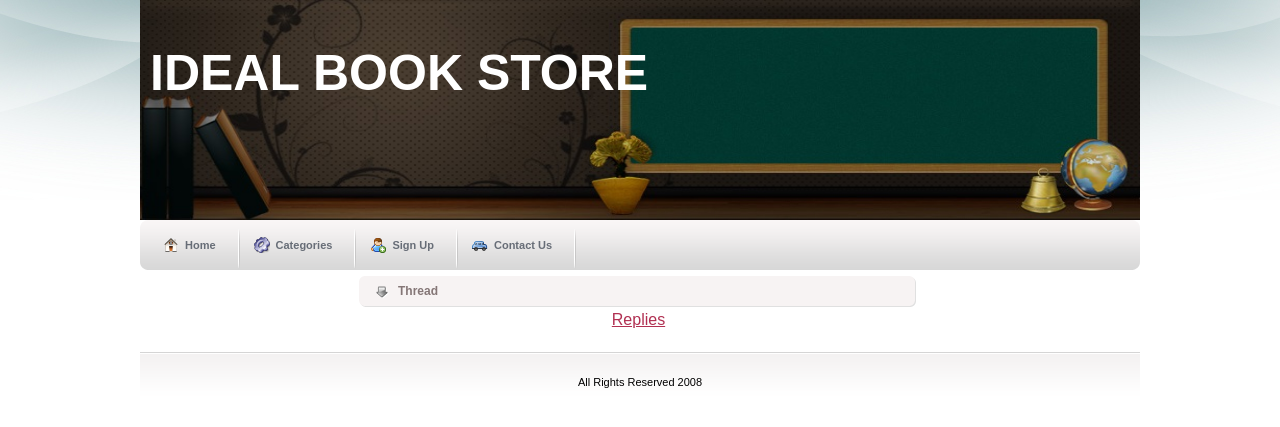
Repository: tusharjain887/Online-Book-Sales
Page: http://localhost/OnlineBook/view_thread.jsp
An editor plug-in stored every save of this project. The page is shown before and after the next save, followed by the edit.
The browser window is 1280 px wide. The pictures show the whole page.
The page is served by Tomcat 9. Queries for data that is not in the repository find no rows.

Above is the page before, as saved 2013-04-08 15:50:52.

### PROJECT/workspace/workspace/OnlineBook/WebContent/view_thread.jsp
<%@ page import="java.sql.*"%>
<%@ page import="java.io.*"%>
<%@ page import="java.util.*"%>
<%@ page import="java.lang.*"%>
<!DOCTYPE html PUBLIC "-//W3C//DTD XHTML 1.0 Transitional//EN" "http://www.w3.org/TR/xhtml1/DTD/xhtml1-transitional.dtd">
<html xmlns="http://www.w3.org/1999/xhtml">
<head>
<title>Ideal Book Store</title>
<meta http-equiv="Content-Type" content="text/html; charset=windows-1252" />
<link rel="stylesheet" type="text/css" href="style.css" />
<!--[if IE 6]>
<link rel="stylesheet" type="text/css" href="iecss.css" />
<![endif]-->
<script type="text/javascript" src="js/boxOver.js"></script>
</head>
<body>
<div id="main_container">
  <div class="top_bar">
  <div id="header">
  <div style="float:right;font-size:14px;">
 <%  Object c=session.getAttribute("username");
if(c!=null)
	{
	out.print("Welcome  " +session.getAttribute("username").toString());
	out.print(" ,  <a href='myprofile.jsp'>Profile</a>");
	out.print(" ,  <a href='logout.jsp'>Logout</a>");
	}
	%>
	</div>
   <div  style="padding:10px;font-size:25px;color: #FFF;"><h1>IDEAL BOOK STORE</h1></div>
  </div>
  <div id="main_content">
    <div id="menu_tab">
      <div class="left_menu_corner"></div>
      <ul class="menu">
        <li><a href="index.jsp" class="nav1"> Home</a></li>
        <li class="divider"></li>
        <li><a href="categories.jsp" class="nav2">Categories</a></li>
        <li class="divider"></li>
        <%
        if(c==null)
        {
        %><li><a href="registration.html" class="nav4">Sign Up</a></li>
        <li class="divider"></li>
        <%
        }%>
        <li><a href="contact.jsp" class="nav5">Contact Us</a></li>
        <li class="divider"></li>
      </ul>
      <div class="right_menu_corner"></div>
    </div>
    <!-- end of menu tab -->
    <div class="left_content">
     <br><br><br>

    </div>
    <!-- end of left content -->
    <div class="center_content">
      <div class="center_title_bar">Thread</div>
      <div style="font-size:16px;color:#B13052;"><center>
     <%
     String thread_id=request.getParameter("thread_id");
     try{
    	 Class.forName("com.ibm.db2.jcc.DB2Driver").newInstance();
      Connection Conn1=DriverManager.getConnection("jdbc:db2://localhost:50000/BOOKS","Rakesh","Rakesh");
	PreparedStatement ps1=Conn1.prepareStatement("SELECT * FROM THREAD WHERE THREAD_ID='"+thread_id+"'");
	ResultSet rs1=ps1.executeQuery();
	while(rs1.next())
    {
		%>
    <strong><%out.println(rs1.getString(3));%></strong><br>
    Posted by <%out.println(rs1.getString(2));%><br><br>
<%
    }
	out.println("<br><br><u>Replies</u><br><br>");
	PreparedStatement ps2=Conn1.prepareStatement("SELECT * FROM REPLY WHERE THREAD_ID='"+thread_id+"'");
	ResultSet rs2=ps2.executeQuery();
	while(rs2.next())
    {
		%>

    <strong><%out.println(rs2.getString(4));%></strong><br>
    Posted by <%out.println(rs2.getString(2));%><br><br>
<%
    }
	ps1.close();
	ps2.close();
	Conn1.close();
	}
	catch(Exception ex){
	    out.println(ex);
	}

      %>
      <%
        if(c!=null)
        {
        %>
        <table width="600" border="0" align="center" cellpadding="0" cellspacing="1" bgcolor="#CCCCCC">
<tr>
<form name="form1" method="post" action="add_reply.jsp?thread_id=<%=thread_id%>" onsubmit="return validateForm()">
<td>
<table width="100%" border="0" cellpadding="3" cellspacing="1" bgcolor="#FFFFFF">
<tr>
<td valign="top"><strong>Reply</strong></td>
<td valign="top">:</td>
<td><textarea name="reply" cols="45" rows="3" id="reply"></textarea></td>
</tr>

<tr>
<td></td>
<td></td>
<td><input type="submit" name="Submit" value="Submit"> <input type="reset" name="Submit2" value="Reset"></td>
</tr>
</table>
</td>
</form>
</tr>
</table>
        <%
        }%>
        </center></div>
    </div>
    <!-- end of center content -->
    <div class="right_content">
     <br><br><br>

    </div>
    <!-- end of right content -->
  </div>
  <!-- end of main content -->
  <div class="footer">
    <br><br>
    <center> All Rights Reserved 2008</center>
      </div>

<!-- end of main_container -->
</body>
</html>

### PROJECT/workspace/workspace/OnlineBook/WebContent/style.css
body
{
background:url(images/bg.jpg) no-repeat #fff center top;
padding:0;
font-family:Arial, Helvetica, sans-serif;
font-size:11px;
margin:0px auto auto auto;
color:#000;
}
p{
padding:2px;
margin:0px;
}
#main_container{
width:1000px;
height:auto;
margin:auto;
padding:0px;
}
.top_bar{
width:1000px;
height:38px;
background-color:#4a4a4a;
}
.top_search{
width:370px;
height:32px;
margin:0px 20px 0 0;
_margin:0px 10px 0 0;
float:right;
background:url(images/top_search_bg.gif) no-repeat center;
}
input.search_input{
width:182px;
height:18px;
float:left;
margin:5px 0 0 0 ;
border:1px solid #dbdbdb;
border-bottom-color:#ffffff;
border-right-color:#ffffff;
}
.search_text{
float:left;
width:110px;
padding:8px 0 0 15px;
color:#999999;
}
.search_text a{
text-decoration:none;
color:#999999;
}
.search_bt{
float:left;
padding:2px 0 0 15px;
}
.languages{
float:right;
width:150px;
padding:8px 0 0 0;
}
.lang_text{
float:left;
padding:0 5px 0 0;
color:#b3adad;
}
a.lang{
display:block;
float:left;
padding:0 5px 0 5px;
}
#header{
width:1000px;
height:220px;
background:url(images/header_background.jpg) no-repeat center;
background-position:0px 0px;
background-size:1000px 220px;
margin=0;
}
.leftcontent{
	padding:15px 0px 15px 5px;
	font-size:23px;
	color: #B13052;
}
.leftdowncontent{
	padding:5px 0px 15px 5px;
	font-size:18px;
	color: #B13052;
}
.logout{
	float:right;
	font-size:14px;
	color: #fff;
}
.logout a,.logout a:hover {
	color: aqua;
}

}
#logo{
padding:15px;
}
#templatemo_header {
	clear: both;
	width: 1000px;
	height: 200px;
	padding: 0;
	margin: 0;
	background: url(images/templatemo_header_bg.jpg) no-repeat;
}

#templatemo_header a,a:hover {
	color: #000;
}

#templatemo_header #templatemo_special_offers {
	float: left;
	font-size: 14px;
	margin-top: 95px;
	margin-left: 490px;
	width: 180px;
}

#templatemo_special_offers a {
	font-size: 12px;
}

#templatemo_special_offers  p {
	margin: 0 0 20px 0;
}
#templatemo_special_offers p span {
	font-size: 18px;
}

#templatemo_header #templatemo_new_books {
	float: left;
	margin-top: 90px;
	margin-left: 55px;
	width: 180px;
}

#templatemo_new_books ul {
	 margin: 0 0 10px 0;
	 padding: 0 0 0 20px;
}

#templatemo_new_books li {
	 margin: 0;
	 padding: 0;
}

/*------------------------------oferte_content-----------------------*/
.oferte_content{
width:600px;
height:264px;
float:left;
padding:0 0 0 50px;
}
.top_divider{
float:left;
width:1px;
height:164px;
}
.oferta{
width:538px;
float:left;
padding:15px 30px 0 30px;
}
.oferta_img{
float:left;
padding:0 0 10px 0;
}
.oferta_title{
font-size:15px;
color:#b72c24;
font-weight:bold;
}
.oferta_details{
width:400px;
float:left;
padding:0 0 0 30px;
}
.oferta_text{
padding:5px 0 5px 0;
font-size:12px;
color:#FFFFFF;
text-align:justify;
line-height:15px;
}
a.details{
width:83px;
height:21px;
display:block;
float:right;
margin:5px 0 0 0;
padding-left:5px;
background:url(images/details_bt_bg.gif) no-repeat center;
text-align:center;
line-height:21px;
text-decoration:none;
color:#000000;
}
/*---------------------oferta_pagination-----------------------------*/

div.oferta_pagination {
clear:both;
padding:10px 0 0 0;
_padding:0px 0 0 0;
margin:5px;
text-align:center;
float:left;
font-size:10px;
}

div.oferta_pagination a {
width:22px;
height:22px;
display:block;
float:left;
margin:0 0 0 5px;
_margin:0 0 0 3px;
line-height:23px;
text-align:center;
background:url(images/pag_bg.gif) no-repeat center;
text-decoration:none;
color:#9d8b8b;
}
div.oferta_pagination a:hover, div.pagination a:active {
width:22px;
height:22px;
display:block;
float:left;
line-height:23px;
text-align:center;
background:url(images/pag_bg_a.gif) no-repeat center;
text-decoration:none;
color:#ad1614;
}
div.oferta_pagination span.current {
width:22px;
height:22px;
display:block;
float:left;
line-height:23px;
text-align:center;
background:url(images/pag_bg_a.gif) no-repeat center;
text-decoration:none;
color:#ad1614;
}
#main_content{
clear:both;
}
/*---------------- menu tab----------------------*/
#menu_tab{
width:1000px;
height:50px;
background-color:#fff;
}
.left_menu_corner{
width:9px;
height:50px;
float:left;
background:url(images/menu_left.gif) no-repeat center;
}
.right_menu_corner{
width:9px;
height:50px;
float:left;
background:url(images/menu_right.gif) no-repeat center;
}
ul.menu {
list-style-type:none; float:left; display:block; width:982px;
margin:0px; padding:0px;background:url(images/menu_bg.gif) repeat-x;}

ul.menu li {
display:inline;
font-size:11px;
font-weight:bold;
line-height:50px;
}
ul.menu li.divider {
display:inline;
width:2px;
height:50px;
float:left;
background:url(images/menu_divider.gif) no-repeat center;
}

a.nav1:link, a.nav1:visited {
display:block; float:left; padding:0px 8px 0px 22px; margin:0 14px 0 14px;height:50px;text-decoration:none; background:url(images/home.png) no-repeat left; color:#676d77;}
a.nav2:link, a.nav2:visited {
display:block; float:left; padding:0px 8px 0px 22px; margin:0 14px 0 14px;height:50px;text-decoration:none; background:url(images/services.png) no-repeat left; color:#676d77;}
a.nav3:link, a.nav3:visited {
display:block; float:left; padding:0px 8px 0px 22px; margin:0 14px 0 14px;height:50px;text-decoration:none; background:url(images/favs.png) no-repeat left; color:#676d77;}
a.nav4:link, a.nav4:visited {
display:block; float:left; padding:0px 8px 0px 22px; margin:0 14px 0 14px;height:50px;text-decoration:none; background:url(images/user_add.png) no-repeat left; color:#676d77;}
a.nav5:link, a.nav5:visited {
display:block; float:left; padding:0px 8px 0px 22px; margin:0 14px 0 14px;height:50px;text-decoration:none; background:url(images/car.png) no-repeat left; color:#676d77;}
a.nav6:link, a.nav6:visited {
display:block; float:left; padding:0px 8px 0px 22px; margin:0 14px 0 14px;height:50px;text-decoration:none; background:url(images/contact-new.png) no-repeat left; color:#676d77;}

a.nav1:hover, a.nav2:hover, a.nav3:hover, a.nav4:hover, a.nav5:hover, a.nav6:hover {
color:#333333;}


li.currencies{
width:180px;
float:left;
padding:0 0 0 15px;
_padding:12px 0 0 15px;
color:#676d77;
font-size:11px;
font-weight:bold;
}
/*----------------crumb_navigation-------------*/
.crumb_navigation{
width:980px;
height:15px;
padding:5px 10px 0 20px;
color:#333333;
background:url(images/navbullet.png) no-repeat left;
background-position:5px 6px;
}
.crumb_navigation a{
color:#0fa0dd;
text-decoration:underline;
}
span.current{
color:#0fa0dd;
}

/*-------------left_content------------------*/
.left_content{
width:196px;
float:left;
}
.title_box{
width:196px;
height:30px;
margin:5px 0 0 0;
background:url(images/menu_title_bg.gif) no-repeat center;
text-align:center;
font-size:13px;
font-weight:bold;
color:#fff;
line-height:30px;
}
/*--------left menu---------*/
ul.left_menu{
width:196px;
padding:0px;
margin:0px;
list-style:none;
}
ul.left_menu li{
margin:0px;
list-style:none;
}
ul.left_menu li.odd a{
width:166px;height:25px;display:block;background:url(images/checked.png) no-repeat left #dad0d0; background-position:5px 5px;border-bottom:1px #FFFFFF solid;
text-decoration:none;color:#504b4b;padding:0 0 0 30px; line-height:25px;
}
ul.left_menu li.even a{
width:166px;height:25px;display:block;background:url(images/checked.png) no-repeat left #eee6e6;background-position:5px 5px;border-bottom:1px #FFFFFF solid;
text-decoration:none;color:#504b4b;padding:0 0 0 30px; line-height:25px;
}
ul.left_menu li.even a:hover, ul.left_menu li.odd a:hover{
background:url(images/checked.png) no-repeat left #7bbcc7; color:#FFFFFF;background-position:5px 5px;
}

.border_box{
width:194px;
height:auto;
text-align:center;
border:1px #6da6b1 solid;
}
.product_title{
color:#ea2222;
padding:5px 0 5px 0;
font-weight:bold;
}
.product_title a{
text-decoration:none;
color:#ea2222;
padding:5px 0 5px 0;
font-weight:bold;
}
.product_title a:hover{
color:#064E5A;
}
.product_img{
padding:5px 0 5px 0;
}
.prod_price{
padding:5px 0 5px 0;
}
span.reduce{
color:#ea2222;
text-decoration:line-through;
}
span.price{
color:#ea2222;
}
/*----------newsletter--------------*/
input.newsletter_input{
width:160px;
height:16px;
border:1px #ddd9d9 solid;
margin:10px 0 5px 0;
font-size:12px;
padding:3px;
color:#999999;
}
a.join{
width:17px;
display:block;
margin:5px 0 5px 140px;
_margin:5px 0 5px 130px;
background:url(images/blue-add.png) no-repeat left;
padding:0 0 0 20px;
text-decoration:none;
color:#1c4a52;
}
.banner_adds{
width:194px;
text-align:center;
padding:10px 0 10px 0;
}

/*center content--------------------------*/
.center_content{
width:585px;
float:left;
padding:5px 10px;
}
.center_title_bar{
width:520px;
height:33px;
float:left;
padding:0 0 0 40px;
margin:0 0 0 12px;
_margin:0 0 0 6px;
line-height:33px;
font-size:12px;
color:#847676;
font-weight:bold;
background:url(images/bar_bg.gif) no-repeat center;
}

/*----------------------right content--------------*/
.right_content{
width:196px;
float:left;
padding:5px 0 0 0;
}
.shopping_cart{
width:195px;
height:84px;
text-align:center;
background:url(images/cart_bg.gif) no-repeat center;
}
.cart_title{
font-size:12px;
font-size:12px;
color:#847676;
font-weight:bold;
padding:8px 0 0 0;
}
.cart_details{
width:115px;
float:left;
padding:5px 0 0 15px;
text-align:left;
}
.cart_icon{
float:left;
padding:5px 0 0 5px;
}
span.border_cart{
width:100px;
height:1px;
margin:3px 0 3px 0;
display:block;
border-top:1px #999999 dashed;
}
/*---------prod_box----------*/
.prod_box{
width:173px;
height:auto;
float:left;
padding:10px 10px 10px 11px;
}
.top_prod_box{
width:173px;height:12px;background:url(images/product_box_top.gif) no-repeat center bottom;float:left; padding:0px; margin:0px;
}
.bottom_prod_box{
width:173px;height:10px;background:url(images/product_box_bottom.gif) no-repeat center top;float:left;padding:0px; margin:0px;
}
.center_prod_box{
width:173px;height: auto;background:url(images/product_box_center.gif) repeat-y;float:left; text-align:center;padding:0px; margin:0px;
}
.prod_details_tab{
width:173px;
height:31px;
float:left;
background:url(images/products_details_bg.gif) no-repeat center;
margin:3px 0 0 0;
}
img.left_bt{
float:left;
padding:6px 0 0 6px;
}
a.prod_details{
width:25px;
display:block;
float:left;
background:url(images/square-blue-add.gif) no-repeat left;
padding:0 0 0 20px;
margin:7px 0 0 38px;
_margin:6px 0 0 35px;
text-decoration:none;
color:#0fa0dd;
}
/*---------prod_box_big----------*/
.prod_box_big{
width:554px;
height:auto;
float:left;
padding:10px 10px 10px 15px;
}
.top_prod_box_big{
width:554px;height:12px;background:url(images/details_box_top.gif) no-repeat center bottom;float:left; padding:0px; margin:0px;
}
.bottom_prod_box_big{
width:554px;height:12px;background:url(images/details_box_bottom.gif) no-repeat center top;float:left;padding:0px; margin:0px;
}
.center_prod_box_big{
width:554px;height: auto;background:url(images/details_box_center.gif) repeat-y;float:left; text-align:center;padding:0px; margin:0px;
}
.product_img_big{
width:170px;
padding:5px 0 5px 10px;
float:left;
}
.details_big_box{
width:345px;
float:left;
padding:0 0 0 15px;
text-align:left;
}
.product_title_big{
color:#ea2222;
padding:5px 0 5px 0;
font-weight:bold;
font-size:14px;
}
.specifications{
font-size:12px;
font-weight:bold;
line-height:18px;
}
.thumbs{
padding:8px 5px 8px 5px;
border:1px #DFD1D1 solid;
margin:3px 0 0 0;
}
.thumbs a{
padding:3px;
}
.prod_price_big{
padding:5px 0 5px 0;
font-size:16px;
}
span.reduce{
color:#ea2222;

}
span.price{
color:#ea2222;
}
a.addtocart{
width:76px;
height:27px;
display:block;
float:left;
background:url(images/addtocart.gif) no-repeat left;
padding:0 0 0 33px;
text-decoration:none;
line-height:27px;
color:#1c4a52;
}
a.compare{
width:76px;
height:27px;
display:block;
float:left;
margin:0 0 0 10px;
background:url(images/compare.gif) no-repeat left;
padding:0 0 0 33px;
text-decoration:none;
line-height:27px;
color:#1c4a52;
}
span.blue{
color:#5F9FAB;
}
/*---------------contact_form------------------*/
.contact_form{
width:355px;
float:left;
padding:0px 0 0 75px;
}
.form_row{
width:335px;
clear:both;
padding:10px 0 10px 0;
_padding:5px 0 5px 0;
color:#a53d17;
}
label.contact{
width:75px;
float:left;
font-size:12px;
text-align:right;
padding:4px 5px 0 0;
color: #333333;
}
input.contact_input{
width:253px;
height:18px;
background-color:#fff;
color:#999999;
border:1px #DFDFDF solid;
float:left;
}
textarea.contact_textarea{
width:253px;
height:50px;
font-family:Arial, Helvetica, sans-serif;
font-size:12px;
color: #999999;
background-color:#fff;
border:1px #DFDFDF solid;
float:left;
}
a.contact{
width:99px;
height:27px;
display:block;
float:right;
margin:0 0 0 10px;
background:url(images/contact_bt.gif) no-repeat left;
padding:0 0 0 10px;
text-decoration:none;
line-height:27px;
color:#1c4a52;
}
/*--------------footer----------------*/
.footer{
width:1000px;
clear:both;
height:65px;
background:url(images/footer_bg.gif) repeat-x top;
}
.left_footer{
float:left;
width:300px;
padding:5px 0 0 10px;
}
.right_footer{
float:right;
padding:15px 30px 0 0;
}
.right_footer a{
padding:0 0 0 7px;
text-decoration:none;
color: #666666;
}
.right_footer a:hover{
text-decoration:underline;
}

.center_footer{
float:left;
width:200px;
text-align:center;
color:#666666;
padding:10px 0 0 60px;
}

Loaded but not shown: PROJECT/workspace/workspace/OnlineBook/WebContent/js/boxOver.js (369 lines, source omitted)

After the next save:
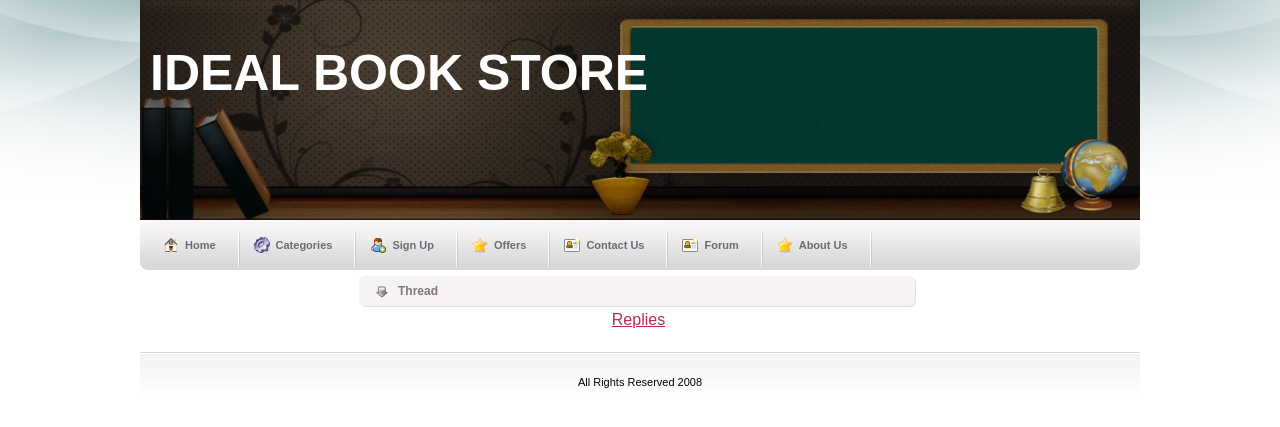
Saved 20 min 19 s later.
--- a/PROJECT/workspace/workspace/OnlineBook/WebContent/view_thread.jsp
+++ b/PROJECT/workspace/workspace/OnlineBook/WebContent/view_thread.jsp
@@ -44,7 +44,13 @@ if(c!=null)
         <li class="divider"></li>
         <%
         }%>
-        <li><a href="contact.jsp" class="nav5">Contact Us</a></li>
+                <li><a href="news.jsp" class="nav3">Offers</a></li>
+        <li class="divider"></li>
+        <li><a href="contact.jsp" class="nav6">Contact Us</a></li>
+        <li class="divider"></li>
+        <li><a href="forum.jsp" class="nav6">Forum</a></li>
+        <li class="divider"></li>
+        <li><a href="aboutus.jsp" class="nav3">About Us</a></li>
         <li class="divider"></li>
       </ul>
       <div class="right_menu_corner"></div>
